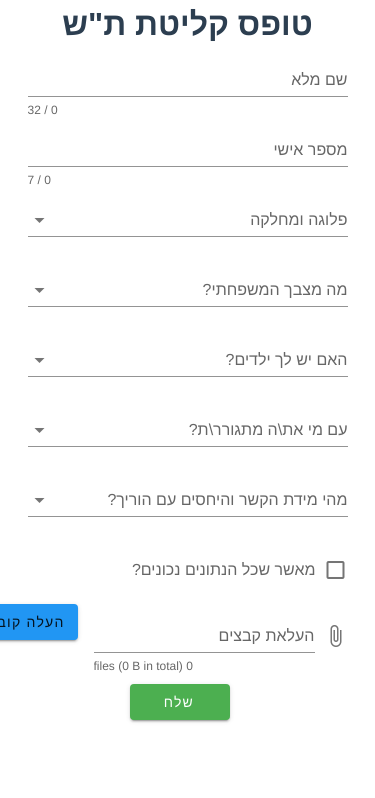
Repository: Natanhel/klitat-tash
Page: /
An editor plug-in stored every save of this project. The page is shown before and after the next save, followed by the edit.
The browser window is 375 px wide. The pictures show the whole page.
The page's requests for data from a server got no answer. The project was rebuilt for these pictures with package versions that can differ from the ones it lists, and the page was loaded fresh each time. No one was signed in, and anything a server would have sent is missing. Also part of the build but not shown: vue.config.js.

Above is the page before, as saved 2020-12-01 18:15:16.

After the next save:
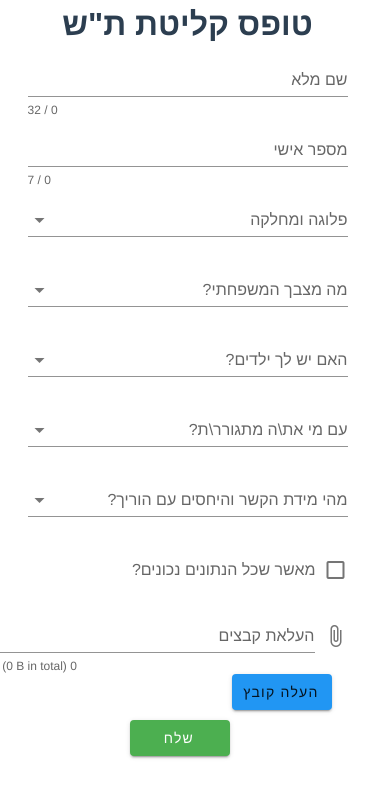
Saved 2 min 2 s later.
--- a/src/App.vue
+++ b/src/App.vue
@@ -259,9 +259,11 @@ form
   flex-direction: row;
   width: 370px;
 }
-html
-{
-  /* background: rgb(13,176,166);
-background: linear-gradient(45deg, rgba(13,176,166,0.5) 50%, rgba(255,255,255,1) 50%  ); */
+
+@media screen and (max-width: 500px) {
+  .upload
+  {
+    flex-direction: column;
+  }
 }
 </style>
